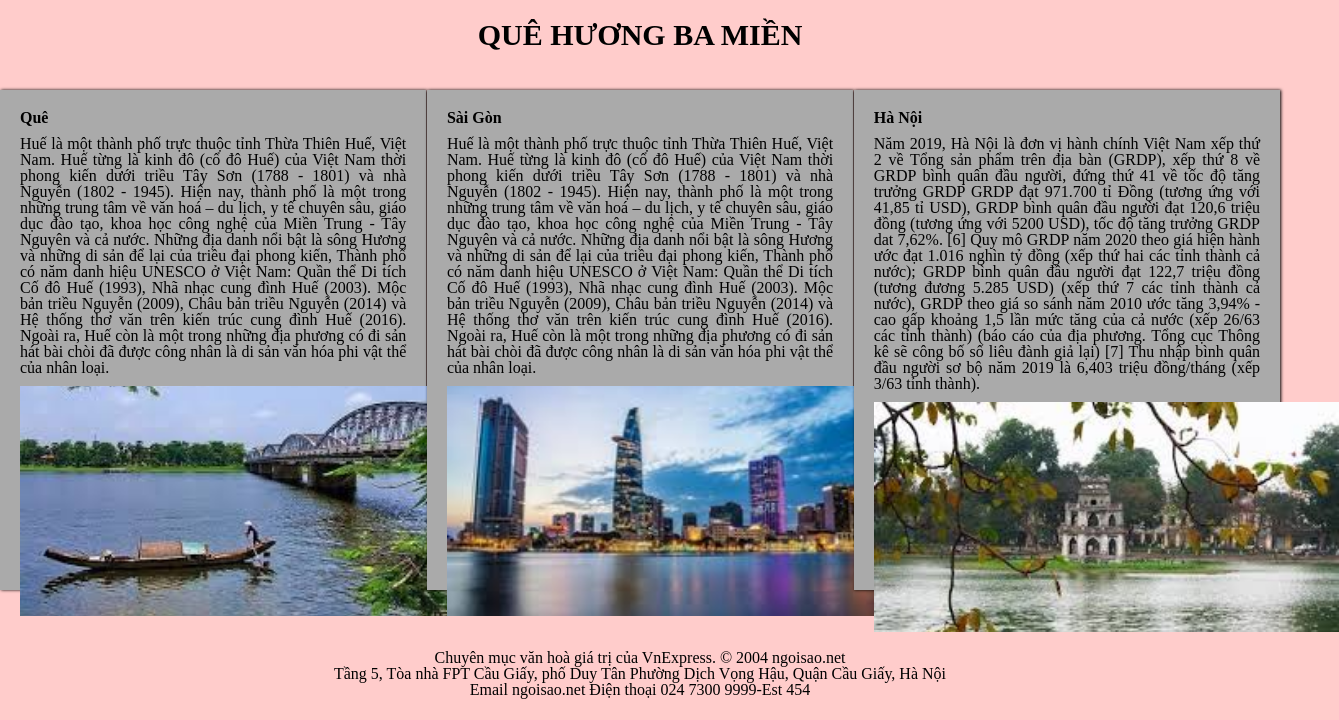
Repository: Tan-Khang21/TH_TKW--Buoi_06
Page: Bai_Tap_Tren_lop/Bai_02/LayoutCSS2.html
An editor plug-in stored every save of this project. The page is shown before and after the next save, followed by the edit.
The browser window is 1280 px wide. The page is 1339 px wide, so the pictures cover 1339 px, including what lies to the right of the window. The pictures show the whole page.

Above is the page before, as saved 2024-03-11 20:38:20.

After the next save:
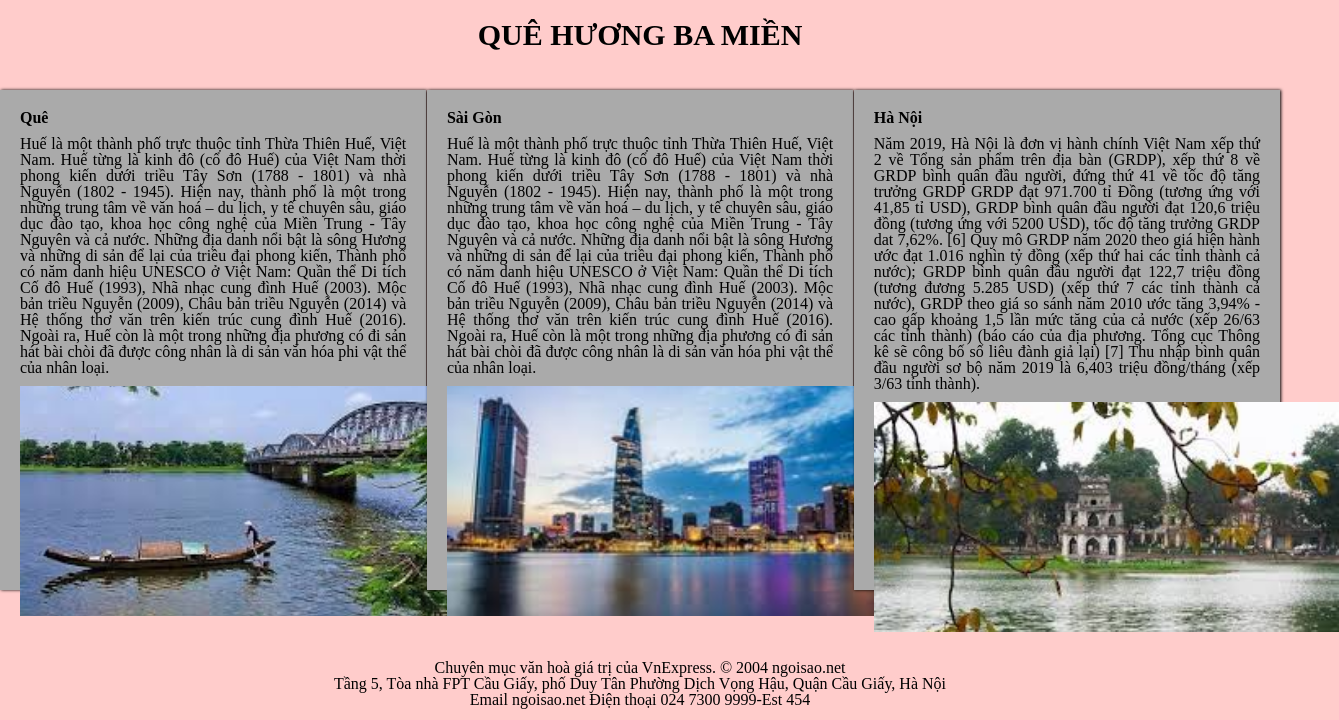
Saved 1 s later.
--- a/Bai_Tap_Tren_lop/Bai_02/style.css
+++ b/Bai_Tap_Tren_lop/Bai_02/style.css
@@ -36,5 +36,5 @@ body {
 }
 .footer {
   text-align: center;
-  margin-top: 60px;
+  margin-top: 70px;
 }
